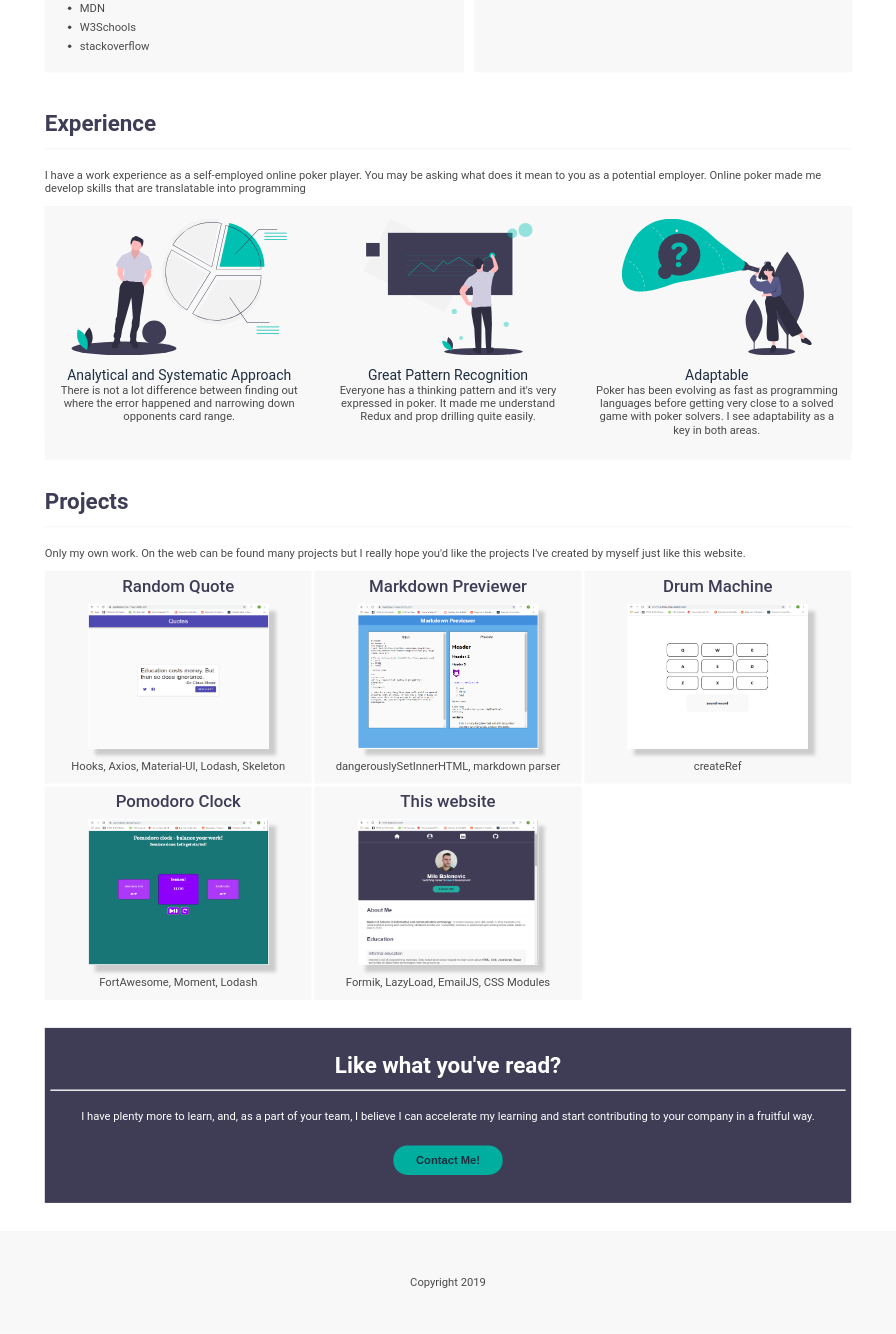
Repository: milac0/my-website
Page: /
These files come from the project's save history. The page is drawn as it stood at one moment and after the next save; the edit follows.
The browser window is 1280 px wide. The pictures show the part of the page from y = 928 to 2848 px (the page is 2834 px tall before and 2848 px after), at 70% of full size.
The project was rebuilt for these pictures with package versions that can differ from the ones it lists, and the page was loaded fresh each time. Also part of the build but not shown: src/components/formContact.module.css, src/components/FormContact.js, src/pages/contact.module.css, src/pages/Contact.js. Imported but missing from the stored project, and not drawn on this page: src/resume.pdf.

Above is the page before, as saved 2019-10-29 20:09:26.

### public/index.html
<!DOCTYPE html>
<html lang="en">
  <head>
    <meta charset="utf-8" />
    <link rel="icon" href="%PUBLIC_URL%/favicon.ico" />
    <meta name="viewport" content="width=device-width, initial-scale=1" />
    <meta name="theme-color" content="#000000" />
    <meta
      name="description"
      content="Web site created using create-react-app"
    />
    <!--
      manifest.json provides metadata used when your web app is installed on a
      user's mobile device or desktop. See https://developers.google.com/web/fundamentals/web-app-manifest/
    -->
    <link rel="manifest" href="%PUBLIC_URL%/manifest.json" />
    <!--
      Notice the use of %PUBLIC_URL% in the tags above.
      It will be replaced with the URL of the `public` folder during the build.
      Only files inside the `public` folder can be referenced from the HTML.

      Unlike "/favicon.ico" or "favicon.ico", "%PUBLIC_URL%/favicon.ico" will
      work correctly both with client-side routing and a non-root public URL.
      Learn how to configure a non-root public URL by running `npm run build`.
    -->
    <title>Mile Balenovic</title>
  </head>
  <body>
    <noscript>You need to enable JavaScript to run this app.</noscript>
    <div id="root"></div>
    <!--
      This HTML file is a template.
      If you open it directly in the browser, you will see an empty page.

      You can add webfonts, meta tags, or analytics to this file.
      The build step will place the bundled scripts into the <body> tag.

      To begin the development, run `npm start` or `yarn start`.
      To create a production bundle, use `npm run build` or `yarn build`.
    -->
  </body>
</html>

### src/index.css
html, body {
  height: 100%;
}

body {
  margin: 0;
  font-family: 'Roboto', sans-serif;
  -webkit-font-smoothing: antialiased;
  -moz-osx-font-smoothing: grayscale;
}

/*****
  Navbar & Hero
*****/

header,
.hero {
  background:#3F3D56;
  border-bottom: 0.1px solid #ffffff;
  text-align: center;
}

.hero {
  margin-bottom: 2em;
}

.container {
  width: 90%;
  max-width: 1200px;
  margin: 0 auto;
}

nav li {
  list-style: none;
  max-width: 400px;
  margin: 0 auto;
  display: flex;
  justify-content: space-evenly;
  align-items: center;
}

.nav-item:hover {
  filter: invert(0.1);
}
nav ul {
  padding: 0;
}

.hero {
  margin-bottom: 2.5em;
}

.hero-profile {
  padding: 3em 0;
}

.hero-profile-image {
  width: 128px;
  height: 128px;
  background-color: #F8F8F9;
  margin: 0 auto;
  margin-bottom: 0.5em;
  border-radius: 50%;
}

.hero-profile-title,
.hero-profile-subtitle {
  color: #ffffff;
}

.hero-profile h1 {
  margin: 0;
  font-size: 2rem;
}

.hero-profile p {
  font-size: 1rem;
  margin: 0;
  margin-top: -0.25rem;
  margin-bottom: 1.5em;
}

.hero-profile-subtitle strong {
  font-weight: 700;
  color: #61dafb;
}

.button-cta,
.button-home {
  background: #00AEA0;
  color: #1f2e3f;
  padding: 0.75em 2em;
  border: none;
  border-radius: 20px;
  font-size: 1rem;
  font-weight: 700;
  text-decoration: none;
}

.button-cta:hover,
.button-cta:focus {
  background: #00C1B1;
  color: #1f2e3f;
  cursor: pointer;
}

.button-home {
  background: #ffffff;
  border: 2px solid #1f2e3f;
  padding: 0.3em 1em;
}

.button-home:hover,
.button-home:focus {
  border: 2px solid #ffffff;
 filter: invert(0.1);
}

/*****
  Typography
*****/

h1 {
  color: #3F3D56;
}

h2 {
  color: #3F3D56;
  font-size: 1.5rem;
  font-weight: 500;
  margin: 0;
}

p,
ul {
  color: #4a4a4a;
}

.section-skill h2 {
  color: #1F2E3F;
  font-size: 1.25rem;
  font-weight: 400;
  margin: 0;
}

.section-body {
  font-size: 1rem;
  margin-bottom: 1em;
}

#section-cta .section-title,
#section-cta .section-body {
  color: #ffffff;
}

/*****
  Layout
*****/
section {
  margin-bottom: 2.5em;
}

.section-title {
  border-bottom: 2px solid #F8F8F9;
  font-size: 2rem;
  padding-bottom: 0.5em;
}

.article-education,
.section-skill {
  box-shadow: 2px 2px #F8F8F9;
  border: 2px solid #F8F8F9;
  margin-bottom: 1em;
  padding: 0.5em;
}

.article-education li{
  margin-bottom: 0.5em;
}

.section-skill {
  background: #F8F8F9;
  text-align: center;
}

.section-skill p {
  margin: 0;
}

.responsive-container {
    width: 100%;
    padding-bottom: 56.25%; /* 9/16 = aspect ratio of image */
    position: relative;
    margin: 0 auto 1em auto;
}

.section-skill-image {
  height: 100%;
  width: 100%;
  position: absolute;
  left: 0;
  right: 0;
  margin: auto;
}

article {
  background: #F8F8F9;
  padding: 1em 2em 0.5em 1.5em;
  margin-bottom: 0.5em;
}

article p {
  margin-top: 1em;
  margin-bottom: 0.5em;
}

article h2 {
  margin-bottom: 0.5em;
}

.projects article {
  text-align: center;
}

.project-image {
  height: 100%;
  width: 70%;
  position: absolute;
  left: 0;
  right: 0;
  top: 0;
  bottom: 0;
  margin: auto;
  cursor: pointer;
  border: 1px solid #fff;
  box-shadow: 10px 10px 5px #ccc;
}

.project-image:hover {
  filter: invert(0.1);
}

#section-cta {
  padding-bottom: 5em;
  background: #3F3D56;
}

#section-cta{
  text-align: center;
  padding: 0.5em;
}

#section-cta .button-cta {
  margin: 1em 0 2em 0;
}

footer {
  background: #F8F8F9;
  padding: 3em 0;
  width: 100%;
  text-align: center;
  flex-shrink: 0;
}

.invalid-feedback {
  color: #D8000C;
  font-size: 0.75rem;
  font-family: 'Roboto', sans-serif;
}

@media (min-width: 752px) {
  nav li {
    max-width: 100%;
    margin: 0 auto;
    display: flex;
    justify-content: flex-end;
    align-items: center;
    position: relative;
  }

  nav ul {
    margin-left: 3em;
  }

  .nav-home-item {
    position: absolute;
    left: 0;
    margin: 0;
  }

  .articles-education {
    display: flex;
    flex-direction: row;
    justify-content: space-between;
  }

  .education-one {
    margin-right: 0.5em;
  }

  .education-two {
    margin-left: 0.5em;
  }

  .section-skills {
    background: #F8F8F9;
    display: flex;
    flex-direction: row;
    align-items: baseline;
  }
  .section-skill {
    flex: 1 1 200px;
    padding: 1em;
  }

  .projects {
    display: grid;
    grid-template-columns: repeat(auto-fit,minmax(340px, 1fr));
    grid-gap: 0.25em;
   }

    .projects article {
    margin: 0;
    padding: 0.5em
  }
}

### src/App.js
import React from 'react';
import {
  BrowserRouter as Router,
  Switch,
  Route,
} from "react-router-dom";
import Home from './pages/Home'
import Contact from './pages/Contact';

function App() {
  return (
      <Router>
        <Switch>
        <Route path ="/" exact component={Home} />
        <Route path ="/contact" component={Contact} />
        </Switch>
      </Router>

  );
}

export default App;

### src/pages/Home.js
import React, { Fragment } from "react";
import Navbar from "../components/Navbar";
import Hero from "../components/Hero";
import AboutMe from "../components/AboutMe";
import Education from "../components/Education";
import Experience from "../components/Experience";
import Projects from "../components/Projects";
import SectionCTA from "../components/SectionCTA";
import Footer from "../components/Footer";

const Home = () => {
  return (
    <Fragment>
      <Navbar />
      <Hero />
      <main>
        <div className="container">
          <AboutMe />
          <Education />
          <Experience />
          <Projects />
          <SectionCTA />
        </div>
      </main>
      <Footer />
    </Fragment>
  );
};

export default Home;

### src/components/Navbar.js
import React from "react";
import { Link } from "react-router-dom";

import resumeIcon from "../images/resume.png";
import linkedinIcon from "../images/linkedin.png";
import githubIcon from "../images/github.png";
import homeIcon from "../images/home.png";
import resumePdf from "../resume.pdf";

//mui
import Tooltip from "@material-ui/core/Tooltip";

const Navbar = () => {
  return (
    <header>
      <div className="container">
        <nav>
          <li>
            <ul className="nav-home-item">
              <Tooltip title="Home">
                <Link to="/">
                  <img className="nav-item" src={homeIcon} alt="home" />
                </Link>
              </Tooltip>
            </ul>
            <ul>
              <Tooltip title="Resume">
                <a href={resumePdf} download target="_self">
                  <img className="nav-item" src={resumeIcon} alt="resume" />
                </a>
              </Tooltip>
            </ul>
            <ul>
              <Tooltip title="Linkedin">
                <a
                  href="https://www.linkedin.com/in/mile-balenovi%C4%87-a4ab9188/"
                  target="_blank"
                  rel="noopener noreferrer"
                >
                  <img className="nav-item" src={linkedinIcon} alt="linkedin" />
                </a>
              </Tooltip>
            </ul>
            <ul>
              <Tooltip title="Github">
                <a
                  href="https://github.com/milac0"
                  target="_blank"
                  rel="noopener noreferrer"
                >
                  <img className="nav-item" src={githubIcon} alt="github" />
                </a>
              </Tooltip>
            </ul>
          </li>
        </nav>
      </div>
    </header>
  );
};

export default Navbar;

### src/components/Hero.js
import React from "react";
import { Link } from "react-router-dom";
import profileImg from "../images/profile.png";

const Hero = () => {
  return (
    <div className="hero">
      <div className="container">
        <div className="hero-profile">
          <div className="hero-profile-image">
            <img src={profileImg} alt="profile" />
          </div>
          <h1 className="hero-profile-title">Mile Balenovic</h1>
          <p className="hero-profile-subtitle">
            Switching career to <strong>React</strong> development
          </p>
          <Link to="/contact">
            <button className="button-cta">Contact Me!</button>
          </Link>
        </div>
      </div>
    </div>
  );
};

export default Hero;

### src/components/AboutMe.js
import React from "react";

const AboutMe = () => {
  return (
    <section>
      <h1 className="section-title">About Me</h1>
      <p className="section-body">
        <strong>
          Master of Science in Information and Communication Technology.
        </strong>{" "}
        Constant learning and skill growth motivate me, while problem-solving
         and overcoming obstacles excite me. Completely involved
        in JavaScript upon ending online poker career in March 2019.
      </p>
    </section>
  );
};

export default AboutMe;

### src/components/Education.js
import React from "react";

const Education = () => {
  return (
    <section>
      <h1 className="section-title">Education</h1>
      <div className="articles-education">
      <article className="article-education education-one">
        <h2>Informal Education</h2>
        <p>
          Internet is full of programming materials. Sites listed down below
          helped me learn a lot about
          <strong> HTML</strong>, <strong>CSS</strong>,{" "}
          <strong>JavaScript</strong>,<strong> React</strong> and a little bit
          about other technologies from the ground up
        </p>
        <ul>
          <li>freeCodeCamp.org</li>
          <li>Udemy courses from Andrew Mead and Maximilian Schwarzmüller</li>
          <li>
            Youtube tutorials from channels: classNameed, The Net Ninja, Travery
            Media{" "}
          </li>
          <li>MDN</li>
          <li>W3Schools</li>
          <li>stackoverflow</li>
        </ul>
      </article>
      <article className="article-education education-two">
        <h2>Formal Education</h2>
        <ul>
          <li>
            <strong>
              University of Zagreb, Faculty of Electrical Engineering and
              Computing
            </strong>
            , Master of Science in Information and Communication Technology -
            Oct 2011 - Sep 2014
          </li>
          <li>
            <strong>
              University of Zagreb, Faculty of Electrical Engineering and
              Computing
            </strong>
            , Bachelor of Science in Computing - Oct 2008 - Jun 2011
          </li>
          <li>
            <strong>Technical School of Ruđer Bošković</strong> - Sep 2004 - May
            2008
          </li>
        </ul>
      </article>
      </div>
    </section>
  );
};

export default Education;

### src/components/Experience.js
import React from "react";
import LazyLoad from "react-lazyload";
import analyticalImg from "../images/analytical.svg";
import patternImg from "../images/pattern.svg";
import adaptiveImg from "../images/adaptive.svg";

const Experience = () => {
  return (
    <section>
      <h1 className="section-title">Experience</h1>
      <p className="section-body">
        I have a work experience as a self-employed online poker player. You may
        be asking what does it mean to you as a potential employer. Online poker
        made me develop skills that are translatable into programming
      </p>
      <div className="section-skills">
      <div className="section-skill">
      <div className="section-skill-image-container">
        <LazyLoad>
          <div className="responsive-container">
          <img
            className="section-skill-image"
            src={analyticalImg}
            alt="analytical"
          />
          </div>
        </LazyLoad>
        </div>
        <h2>Analytical and Systematic Approach</h2>
        <p>
          There is not a lot difference between finding out where the error happened
          and narrowing down opponents card range.
        </p>
      </div>
      <div className="section-skill">
        <LazyLoad>
        <div className="responsive-container">
          <img className="section-skill-image" src={patternImg} alt="pattern" />
          </div>
        </LazyLoad>
        <h2>Great Pattern Recognition</h2>
        <p>
          Everyone has a thinking pattern and it's very expressed in poker. It made
          me understand Redux and prop drilling quite easily.
        </p>
      </div>
      <div className="section-skill">
        <LazyLoad>
        <div className="responsive-container">
          <img className="section-skill-image" src={adaptiveImg} alt="" />
          </div>
        </LazyLoad>
        <h2>Adaptable</h2>
        <p>
          Poker has been evolving as fast as programming languages before
          getting very close to a solved game with poker solvers. I see adaptability
          as a key in both areas.
        </p>
      </div>
      </div>
    </section>
  );
};

export default Experience;

### src/components/Projects.js
import React from "react";
import LazyLoad from "react-lazyload";

import quoteImg from "../images/quote.PNG";
import markdownImg from "../images/markdown.PNG";
import pomodoroImg from "../images/pomodoro.PNG";
import drumImg from "../images/drum.PNG";
import thissiteImg from '../images/thissite.PNG'

const Projects = () => {
  return (
    <section>
      <h1 className="section-title">Projects</h1>
      <p className="section-body">
        Only my own work. On the web can be found many projects but I really hope
        you'd like the projects I've created by myself just like this website.
      </p>
      <div className="projects">
      <article>
        <h2>Random Quote</h2>
        <a
          href="https://quotemachine-milac.netlify.com/"
          target="_blank"
          rel="noopener noreferrer"
        >
          <LazyLoad>
          <div className="responsive-container">
            <img className="project-image" src={quoteImg} alt="quote-machine" />
            </div>
          </LazyLoad>
        </a>
        <p>Hooks, Axios, Material-UI, Lodash, Skeleton</p>
      </article>
      <article>
        <h2>Markdown Previewer</h2>
        <a
          href="https://markdown-milac.netlify.com/"
          target="_blank"
          rel="noopener noreferrer"
        >
          <LazyLoad>
          <div className="responsive-container">
            <img
              className="project-image"
              src={markdownImg}
              alt="markdown-previewer"
            />
            </div>
          </LazyLoad>
        </a>
        <p>dangerouslySetInnerHTML, markdown parser</p>
      </article>
      <article>
        <h2>Drum Machine</h2>
        <a
          href="https://drummachine-milac.netlify.com/"
          target="_blank"
          rel="noopener noreferrer"
        >
          <LazyLoad>
          <div className="responsive-container">
            <img className="project-image" src={drumImg} alt="drum-machine" />
            </div>
          </LazyLoad>
        </a>
        <p>createRef</p>
      </article>
      <article>
        <h2>Pomodoro Clock</h2>
        <a
          href="https://pomodoro-clo.netlify.com/"
          target="_blank"
          rel="noopener noreferrer"
        >
          <LazyLoad>
          <div className="responsive-container">
            <img
              className="project-image"
              src={pomodoroImg}
              alt="pomodoro clock"
            />
            </div>
          </LazyLoad>
        </a>
        <p>FortAwesome, Moment, Lodash</p>
      </article>
      <article>
        <h2>This website</h2>
        <a
          href="https://mile-balenovic.com/"
          target="_blank"
          rel="noopener noreferrer"
        >
          <LazyLoad>
          <div className="responsive-container">
            <img
              className="project-image"
              src={thissiteImg}
              alt="this website"
            />
            </div>
          </LazyLoad>
        </a>
        <p>Formik, LazyLoad, EmailJS, CSS Modules</p>
      </article>
      </div>
    </section>
  );
};

export default Projects;

### src/components/SectionCTA.js
import React from "react";
import { Link } from "react-router-dom";

const SectionCTA = () => {
  return (
    <section id="section-cta">
      <h1 className="section-title">Like what you've read?</h1>
      <p className="section-body">
        I have plenty more to learn, and, as a part of your team, I believe I can
        accelerate my learning and start contributing to your company in a fruitful way.
      </p>
      <Link to="/contact">
        <button className="button-cta">Contact Me!</button>
      </Link>
    </section>
  );
};

export default SectionCTA;

### src/components/Footer.js
import React from "react";

const Footer = () => {
  return (
    <footer>
      <p> Copyright 2019</p>
    </footer>
  );
};

export default Footer;

Loaded but not shown: src/index.js (common file)

After the next save:
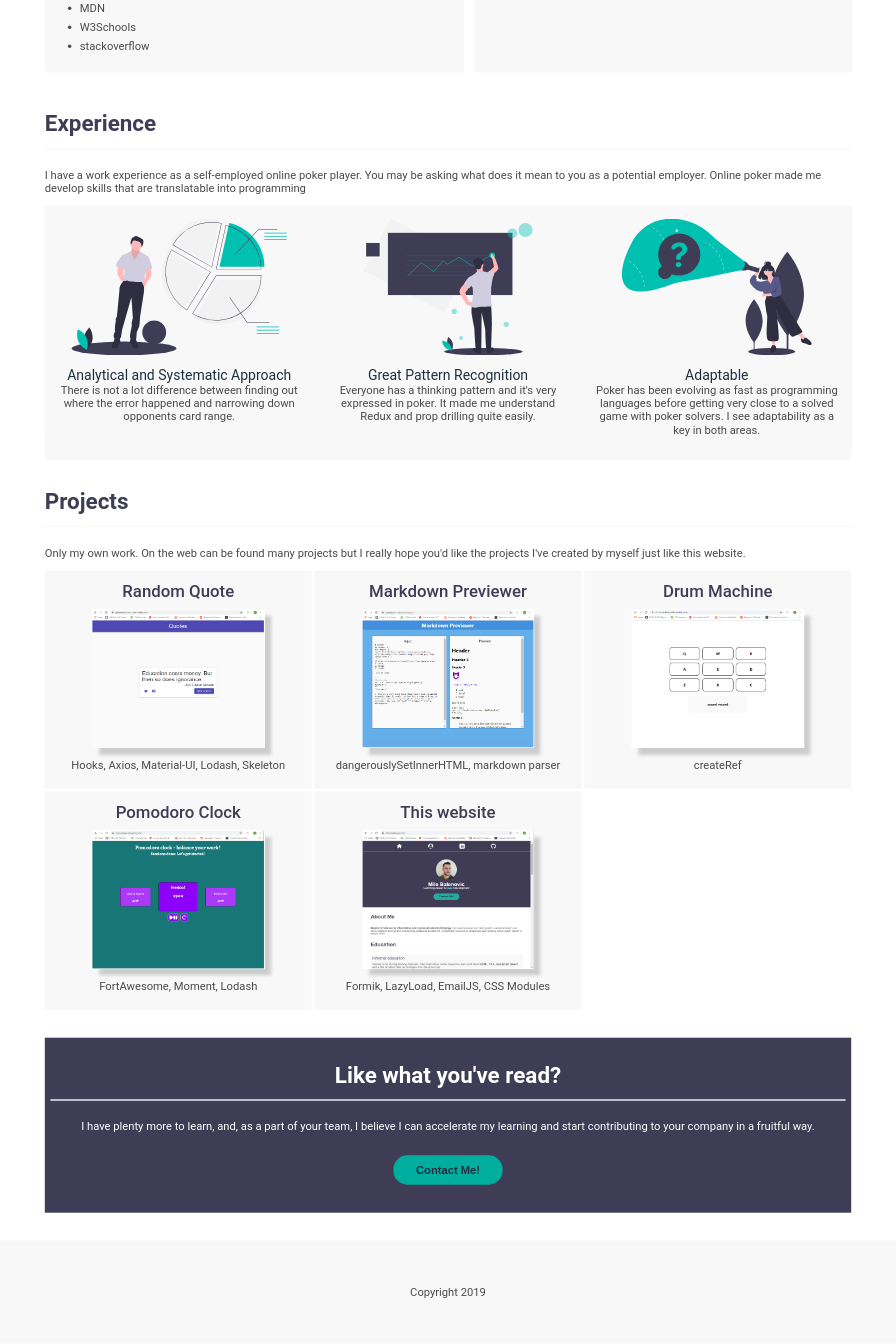
Saved 26 s later.
--- a/src/index.css
+++ b/src/index.css
@@ -321,6 +321,6 @@ footer {
 
     .projects article {
     margin: 0;
-    padding: 0.5em
-  }
-}
+    padding: 1em
+  }
+}
